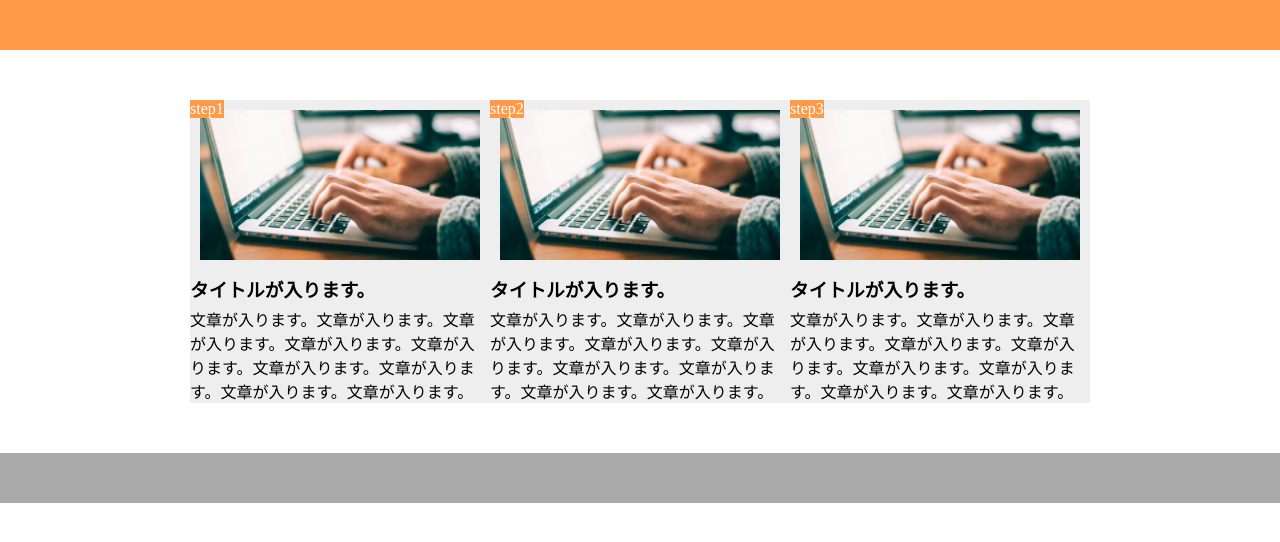
Repository: papisi-zu/book1
Page: exercises9/exercises9.html
The author's editor kept a record of every edit. The page is drawn from the files as they stood at one moment, then again after the next edit.
The browser window is 1280 px wide. The pictures show the whole page.

Above is the page before.

After the next edit:
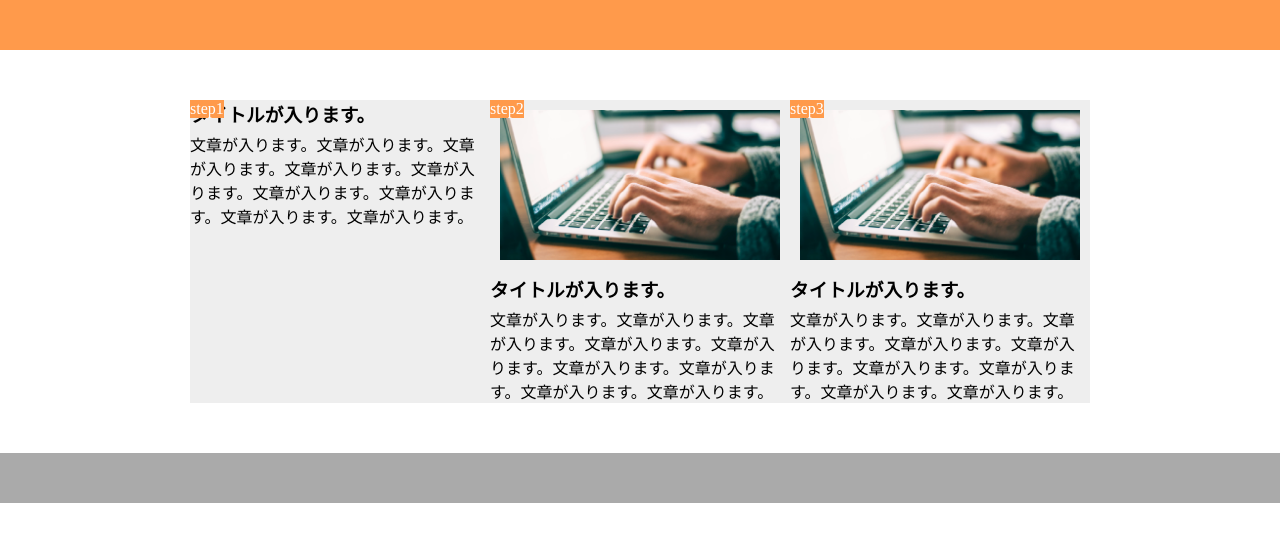
The edit:
--- a/exercises9/exercises9.html
+++ b/exercises9/exercises9.html
@@ -11,7 +11,7 @@
     <main>
       <section class="main-box">
         <span class="step">step1</span>
-        <div class="step-image"></div>
+        <div class="step-image1"></div>
         <h3 class="main-title">タイトルが入ります。</h3>
         <P class="main-text">文章が入ります。文章が入ります。文章が入ります。文章が入ります。文章が入ります。文章が入ります。文章が入ります。文章が入ります。文章が入ります。</P>
       </section>
